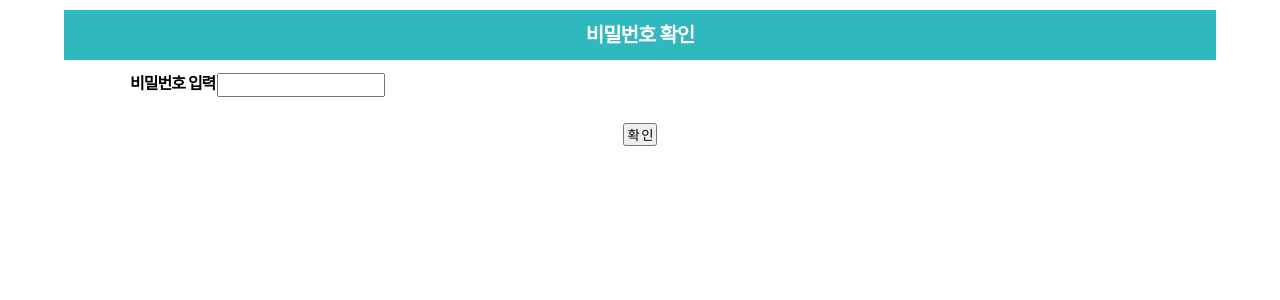
Repository: InhoKang92/jsp_1018
Page: http://localhost/Web_01/review/reviewCheckPass.jsp
An editor plug-in stored every save of this project. The page is shown before and after the next save, followed by the edit.
The browser window is 1280 px wide. The pictures show the whole page.
Some web fonts or font styles are not loaded; a fallback is used. The page is served by Tomcat 9.

Above is the page before, as saved 2024-10-17 01:52:02.

After the next save:
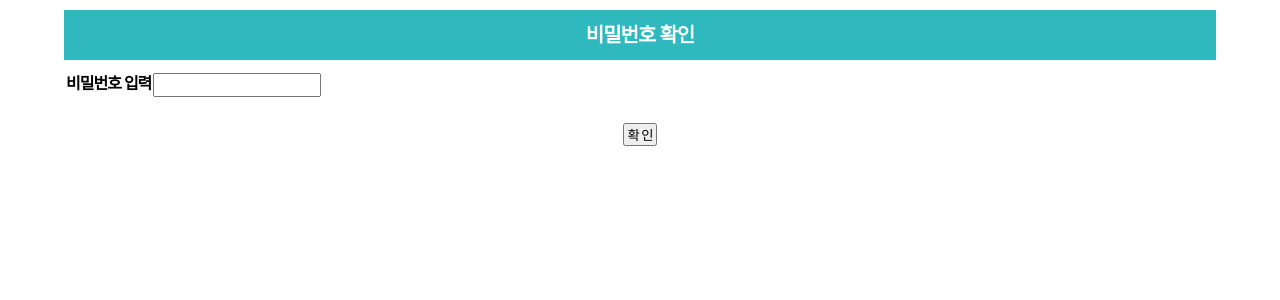
Saved 20 s later.
--- a/Web_01/src/main/webapp/review/reviewCheckPass.jsp
+++ b/Web_01/src/main/webapp/review/reviewCheckPass.jsp
@@ -18,7 +18,7 @@ pageEncoding="UTF-8"%>
       <form action="ModernServlet" name="frm" method="get">
         <input type="hidden" name="command" value="review_check_pass">
         <input type="hidden" name="num" value="${param.num}">
-        <table class="input_box" style="width: 80%">
+        <table class="input_box">
           <tr>
             <th>비밀번호 입력</th>
             <td><input type="password" name="pass" size="20"></td>
